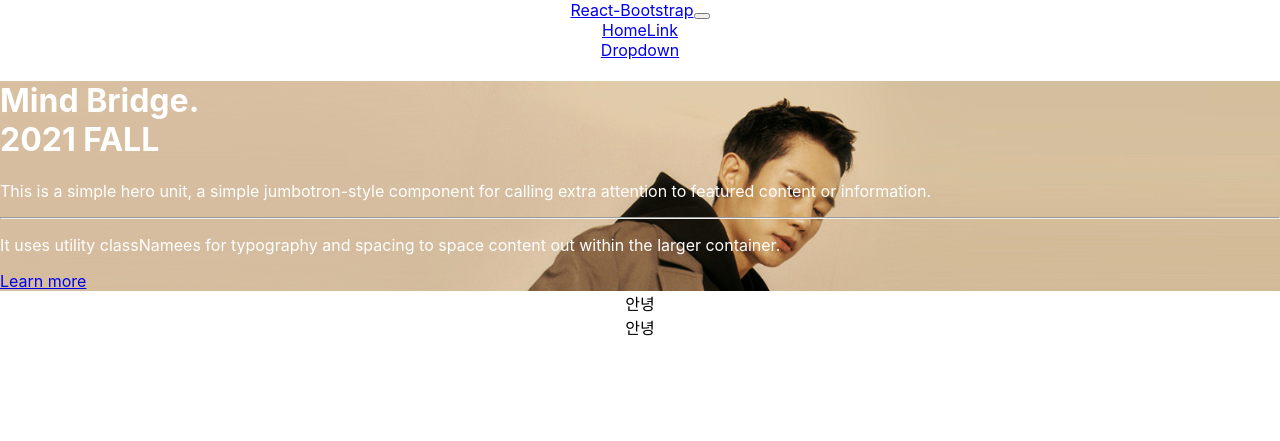
Repository: eunsuneun/react-shop
Page: /
These files come from the project's save history. The page is drawn as it stood at one moment and after a run of saves; the edit follows.
The browser window is 1280 px wide. The pictures show the whole page.
The project was rebuilt for these pictures with package versions that can differ from the ones it lists, and the page was loaded fresh each time.

Above is the page before, as saved 2021-08-25 20:28:49.

### src/App.js
import logo from './logo.svg';
import { Navbar, Container, Nav, NavDropdown } from 'react-bootstrap';

import './App.css';

function App() {
  return (
    <div className='App'>
      <Navbar bg='light' expand='lg'>
        <Container>
          <Navbar.Brand href='#home'>React-Bootstrap</Navbar.Brand>
          <Navbar.Toggle aria-controls='basic-navbar-nav' />
          <Navbar.Collapse id='basic-navbar-nav'>
            <Nav className='me-auto'>
              <Nav.Link href='#home'>Home</Nav.Link>
              <Nav.Link href='#link'>Link</Nav.Link>
              <NavDropdown title='Dropdown' id='basic-nav-dropdown'>
                <NavDropdown.Item href='#action/3.1'>Action</NavDropdown.Item>
                <NavDropdown.Item href='#action/3.2'>
                  Another action
                </NavDropdown.Item>
                <NavDropdown.Item href='#action/3.3'>
                  Something
                </NavDropdown.Item>
                <NavDropdown.Divider />
                <NavDropdown.Item href='#action/3.4'>
                  Separated link
                </NavDropdown.Item>
              </NavDropdown>
            </Nav>
          </Navbar.Collapse>
        </Container>
      </Navbar>
      <div className='jumbotron visual'>
        <h1 className='display-4'>
          Mind Bridge. <br />
          2021 FALL
        </h1>
        <p className='lead'>
          This is a simple hero unit, a simple jumbotron-style component for
          calling extra attention to featured content or information.
        </p>
        <hr className='my-4' />
        <p>
          It uses utility classNamees for typography and spacing to space
          content out within the larger container.
        </p>
        <a className='btn btn-light btn-lg' href='#' role='button'>
          Learn more
        </a>
      </div>
      <div className='container'>
        <div className='row'>
          <div className='col-md-4'>

          </div>
          <div className='col-md-4'>안녕</div>
          <div className='col-md-4'>안녕</div>
        </div>
      </div>
    </div>
  );
}

export default App;

### src/App.css
.App {
  text-align: center;
}

.App-logo {
  height: 40vmin;
  pointer-events: none;
}

@media (prefers-reduced-motion: no-preference) {
  .App-logo {
    animation: App-logo-spin infinite 20s linear;
  }
}

.App-header {
  background-color: #282c34;
  min-height: 100vh;
  display: flex;
  flex-direction: column;
  align-items: center;
  justify-content: center;
  font-size: calc(10px + 2vmin);
  color: white;
}

.App-link {
  color: #61dafb;
}

@keyframes App-logo-spin {
  from {
    transform: rotate(0deg);
  }
  to {
    transform: rotate(360deg);
  }
}

.visual {
  background: url(./img/visual.jpg) no-repeat top / cover;
  text-align: left;
  color: #fff;
}

Loaded but not shown: src/index.js (common file); src/index.css (common file); src/reportWebVitals.js (common file)

After the next 2 saves:
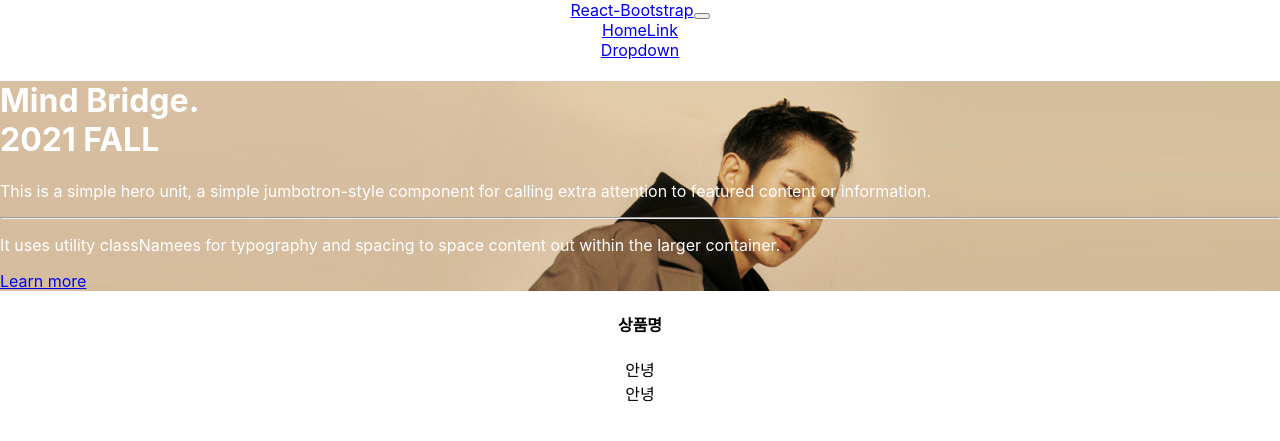
The 2 saves are shown as one change because they came seconds apart.
The last was saved 7 s later.
--- a/src/App.js
+++ b/src/App.js
@@ -52,6 +52,7 @@ function App() {
       <div className='container'>
         <div className='row'>
           <div className='col-md-4'>
+            <h4>상품명</h4>
 
           </div>
           <div className='col-md-4'>안녕</div>
